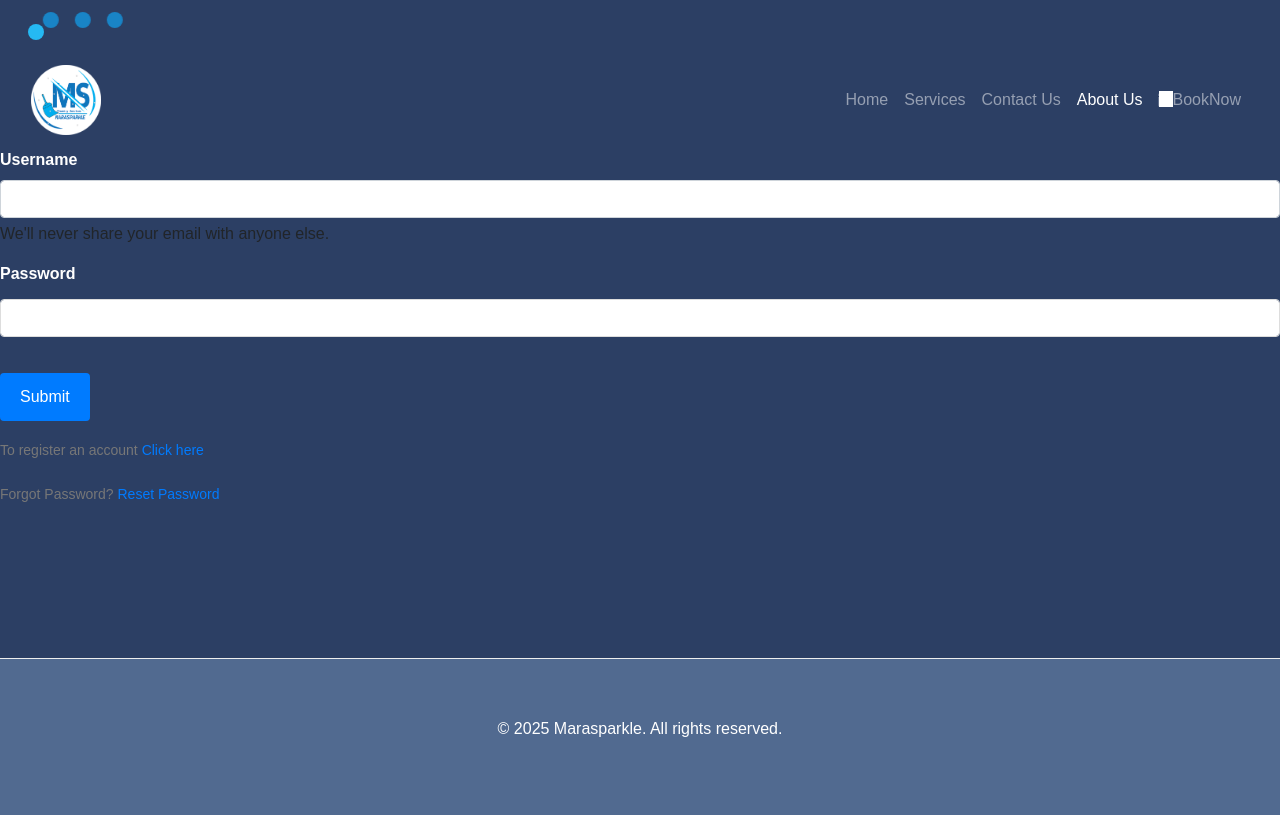
Repository: guineveretim/sparkle
Page: http://localhost/login/
The author's editor kept a copy of each file at every save. The page is drawn from the files as they stood at one save, then again after the next save.
The browser window is 1280 px wide. The pictures show the whole page.
The page is served by the project's application, run on Django 5.2 (manage.py).

Above is the page before, as saved 2025-03-26 14:59:44.

After the next save:
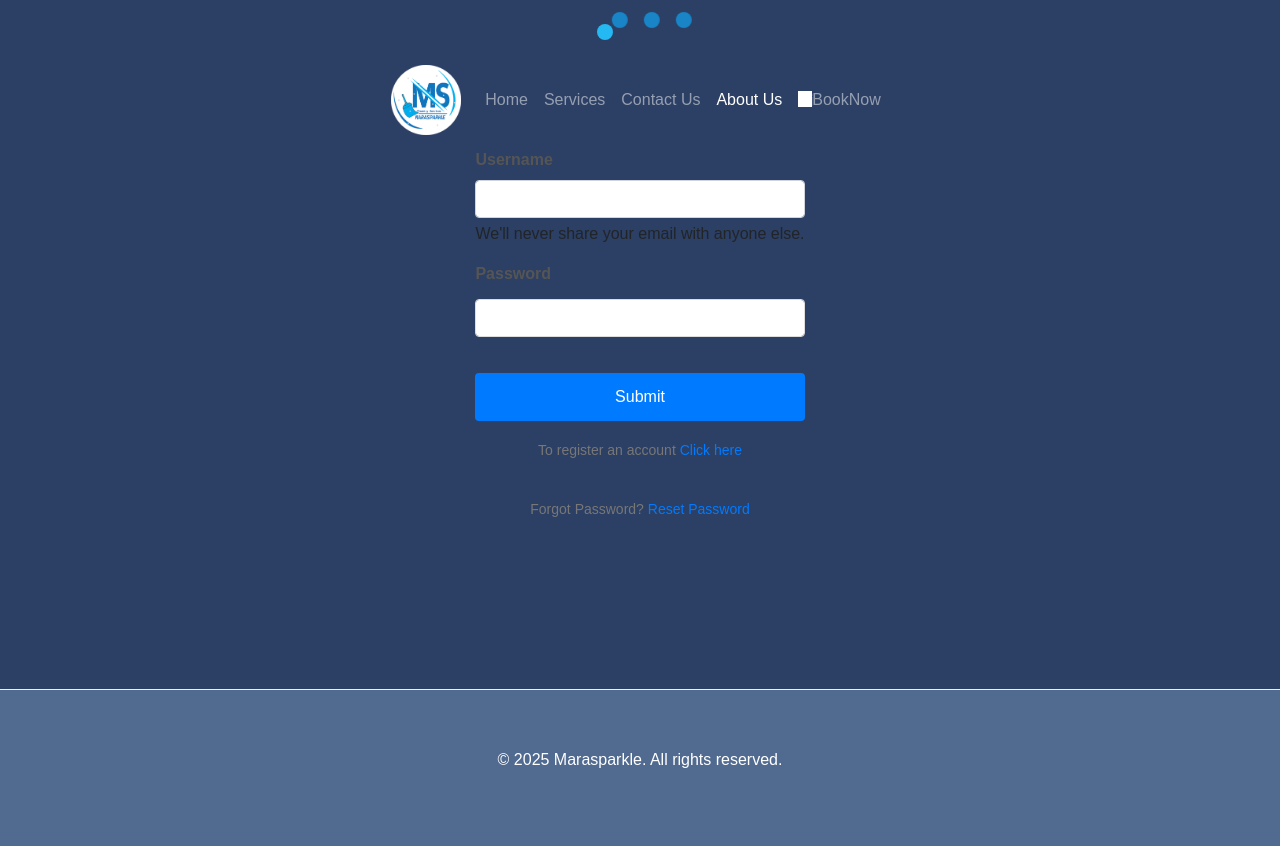
Saved 21 s later.
--- a/static/css/authentication/login.css
+++ b/static/css/authentication/login.css
@@ -1,14 +1,56 @@
+body {
+  font-family: 'Arial', sans-serif;
+  background-color:#e0f2f7;
+  margin: 0;
+  padding: 0;
+  display: flex;
+  justify-content: center;
+  align-items: center;
+  min-height: 100vh;
+  flex-direction: column;
+  color: #333;
 
+
+}
+
+.content{
+  display: flex;
+  justify-content: center;
+  align-items: center;
+  height: 80vh;
+}
+.container {
+  background-color: #f5faff;
+  padding: 20px;
+  border-radius: 8px;
+  box-shadow: 0 0 10px rgba(0, 0, 0, 0.1);
+  width: 400px;
+  max-width: 90%; /* Responsive width */
+  text-align: center;
+  height: 40vh;
+
+}
 
 h2 {
   color: #007bff;
   margin-bottom: 20px;
 }
 
+form {
+  display: flex;
+  flex-direction: column;
+  align-items: stretch;
+}
+
+form p {
+  margin-bottom: 15px;
+  text-align: left;
+}
+
 label {
   font-weight: bold;
   margin-bottom: 5px;
-  color: #ffffff;
+  color: #555;
 }
 
 input[type="text"],
